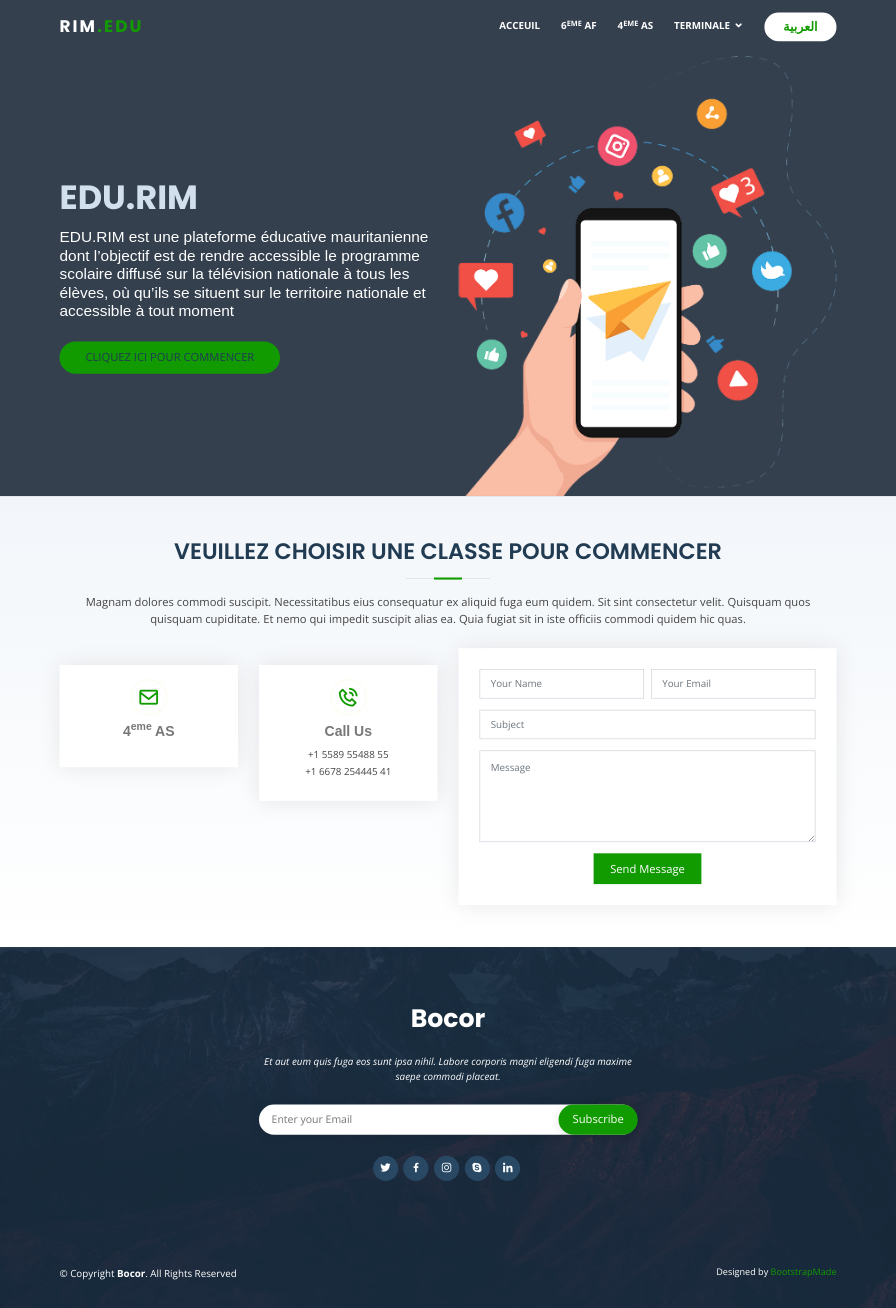
Repository: athiemohamed/courat
Page: http://localhost/
These files come from the project's save history. The page is drawn as it stood at one moment and after a run of saves; the edit follows.
The browser window is 1280 px wide. The pictures show the whole page, at 70% of full size.
Some web fonts or font styles are not loaded; a fallback is used. The page is run by PHP 8.4 with error messages shown; the project is at /var/www/html/. Other server files are loaded and not shown.

Above is the page before, as saved 2020-03-26 11:56:16.

### index.php
<!DOCTYPE html>
<html lang="en">

<head>
  <meta charset="utf-8">
  <meta content="width=device-width, initial-scale=1.0" name="viewport">

  <title>Cours - Rim Academy</title>
  <meta content="" name="descriptison">
  <meta content="" name="keywords">

  <!-- Favicons -->
  <link href="assets/img/favicon.png" rel="icon">
  <link href="assets/img/apple-touch-icon.png" rel="apple-touch-icon">

  <!-- Google Fonts -->
  <link href="https://fonts.googleapis.com/css?family=Open+Sans:300,300i,400,400i,600,600i,700,700i|Raleway:300,300i,400,400i,500,500i,600,600i,700,700i|Poppins:300,300i,400,400i,500,500i,600,600i,700,700i" rel="stylesheet">

  <!-- Vendor CSS Files -->
  <link href="assets/vendor/bootstrap/css/bootstrap.min.css" rel="stylesheet">
  <link href="assets/vendor/icofont/icofont.min.css" rel="stylesheet">
  <link href="assets/vendor/boxicons/css/boxicons.min.css" rel="stylesheet">
  <link href="assets/vendor/venobox/venobox.css" rel="stylesheet">
  <link href="assets/vendor/aos/aos.css" rel="stylesheet">

  <!-- Template Main CSS File -->
  <link href="assets/css/style.css" rel="stylesheet">

  <!-- =======================================================
  * Template Name: Bocor - v2.0.0
  * Template URL: https://bootstrapmade.com/bocor-bootstrap-template-nice-animation/
  * Author: BootstrapMade.com
  * License: https://bootstrapmade.com/license/
  ======================================================== -->
</head>

<body>

  <!-- ======= Header ======= -->
  <header id="header">
    <div class="container d-flex">
      <div class="logo mr-auto">
        <h1 class="text-light"><a href="index.html">RIM<span>.EDU</span></a></h1>
        <!-- Uncomment below if you prefer to use an image logo -->
        <!-- <a href="index.html"><img src="assets/img/logo.png" alt="" class="img-fluid"></a>-->
      </div>
      <nav class="nav-menu d-none d-lg-block">
        <ul>
          <li class="active"><a href="#header">ACCEUIL</a></li>
          <li><a href="#">6<sup>EME</sup> AF</a></li>
          <li><a href="#">4<sup>EME</sup> AS</a></li>
          <li class="drop-down"><a href="">TERMINALE</a>
            <ul>
              <li><a href="#">TERMINALE A</a></li>
              <li><a href="#">TERMINALE C</a></li>
              <li><a href="#">TERMINALE D</a></li>
              <li><a href="#">TERMINALE LM</a></li>
              <li><a href="#">TERMINALE LO</a></li>
            </ul>
          </li>
          <!-- Language Changer -->
          <li class="get-started"><a href="#about">العربية</a></li>
        </ul>
      </nav><!-- .nav-menu -->
    </div>
  </header><!-- End Header -->

  <!-- ======= Hero Section ======= -->
  <section id="hero">

    <div class="container">
      <div class="row d-flex align-items-center"">
      <div class=" col-lg-6 py-5 py-lg-0 order-2 order-lg-1" data-aos="fade-right">
        <h1>EDU.RIM</h1>
        <h2>EDU.RIM est une plateforme éducative mauritanienne dont l’objectif est de
          rendre accessible le programme scolaire diffusé sur la télévision nationale à tous les élèves,
          où qu’ils se situent sur le territoire nationale et accessible à tout moment</h2>
        <a href="#about" class="btn-get-started scrollto">CLIQUEZ ICI POUR COMMENCER</a>
      </div>
      <div class="col-lg-6 order-1 order-lg-2 hero-img" data-aos="fade-left">
        <img src="assets/img/hero-img.png" class="img-fluid" alt="">
      </div>
    </div>
    </div>

  </section><!-- End Hero -->

  <main id="main">

    <!-- ======= Partners Section ======= -->

    <!-- <section id="clients" class="clients section-bg">
      <div class="container">

        <div class="row no-gutters clients-wrap clearfix wow fadeInUp">

          <div class="col-lg-2 col-md-4 col-6">
            <div class="client-logo">
              <img src="assets/img/clients/client-1.png" class="img-fluid" alt="" data-aos="flip-right">
            </div>
          </div>

          <div class="col-lg-2 col-md-4 col-6">
            <div class="client-logo">
              <img src="assets/img/clients/client-2.png" class="img-fluid" alt="" data-aos="flip-right" data-aos-delay="100">
            </div>
          </div>

          <div class="col-lg-2 col-md-4 col-6">
            <div class="client-logo">
              <img src="assets/img/clients/client-3.png" class="img-fluid" alt="" data-aos="flip-right" data-aos-delay="200">
            </div>
          </div>

          <div class="col-lg-2 col-md-4 col-6">
            <div class="client-logo">
              <img src="assets/img/clients/client-4.png" class="img-fluid" alt="" data-aos="flip-right" data-aos-delay="300">
            </div>
          </div>

          <div class="col-lg-2 col-md-4 col-6">
            <div class="client-logo">
              <img src="assets/img/clients/client-5.png" class="img-fluid" alt="" data-aos="flip-right" data-aos-delay="400">
            </div>
          </div>

          <div class="col-lg-2 col-md-4 col-6">
            <div class="client-logo">
              <img src="assets/img/clients/client-6.png" class="img-fluid" alt="" data-aos="flip-right" data-aos-delay="500">
            </div>
          </div>

        </div>

      </div>
    </section> -->

    <!-- End Parteners Section -->

    <!-- ======= Contact Section ======= -->
    <section id="contact" class="contact section-bg">
      <div class="container">

        <div class="section-title">
          <h2 data-aos="fade-in">VEUILLEZ CHOISIR UNE CLASSE POUR COMMENCER</h2>
          <p data-aos="fade-in">Magnam dolores commodi suscipit. Necessitatibus eius consequatur ex aliquid fuga eum quidem. Sit sint consectetur velit. Quisquam quos quisquam cupiditate. Et nemo qui impedit suscipit alias ea. Quia fugiat sit in iste officiis commodi quidem hic quas.</p>
        </div>

        <div class="row">
          <div class="col-lg-6">
            <div class="row">
              <div class="col-md-6">
                <div class="info-box mt-4" data-aos="fade-up" data-aos-delay="100">
                  <i class="bx bx-envelope"></i>
                  <h3>4<sup>eme</sup> AS</h3>
                </div>
              </div>
              <div class="col-md-6">
                <div class="info-box mt-4" data-aos="fade-up" data-aos-delay="100">
                  <i class="bx bx-phone-call"></i>
                  <h3>Call Us</h3>
                  <p>+1 5589 55488 55<br>+1 6678 254445 41</p>
                </div>
              </div>
            </div>

          </div>

          <div class="col-lg-6">
            <form action="forms/contact.php" method="post" role="form" class="php-email-form" data-aos="fade-up">
              <div class="form-row">
                <div class="col-md-6 form-group">
                  <input type="text" name="name" class="form-control" id="name" placeholder="Your Name" data-rule="minlen:4" data-msg="Please enter at least 4 chars" />
                  <div class="validate"></div>
                </div>
                <div class="col-md-6 form-group">
                  <input type="email" class="form-control" name="email" id="email" placeholder="Your Email" data-rule="email" data-msg="Please enter a valid email" />
                  <div class="validate"></div>
                </div>
              </div>
              <div class="form-group">
                <input type="text" class="form-control" name="subject" id="subject" placeholder="Subject" data-rule="minlen:4" data-msg="Please enter at least 8 chars of subject" />
                <div class="validate"></div>
              </div>
              <div class="form-group">
                <textarea class="form-control" name="message" rows="5" data-rule="required" data-msg="Please write something for us" placeholder="Message"></textarea>
                <div class="validate"></div>
              </div>
              <div class="mb-3">
                <div class="loading">Loading</div>
                <div class="error-message"></div>
                <div class="sent-message">Your message has been sent. Thank you!</div>
              </div>
              <div class="text-center"><button type="submit">Send Message</button></div>
            </form>
          </div>

        </div>

      </div>
    </section><!-- End Contact Section -->

  </main><!-- End #main -->

  <!-- ======= Footer ======= -->
  <footer id="footer">

    <div class="footer-top">

      <div class="container" data-aos="fade-up">

        <div class="row  justify-content-center">
          <div class="col-lg-6">
            <h3>Bocor</h3>
            <p>Et aut eum quis fuga eos sunt ipsa nihil. Labore corporis magni eligendi fuga maxime saepe commodi placeat.</p>
          </div>
        </div>

        <div class="row footer-newsletter justify-content-center">
          <div class="col-lg-6">
            <form action="" method="post">
              <input type="email" name="email" placeholder="Enter your Email"><input type="submit" value="Subscribe">
            </form>
          </div>
        </div>

        <div class="social-links">
          <a href="#" class="twitter"><i class="bx bxl-twitter"></i></a>
          <a href="#" class="facebook"><i class="bx bxl-facebook"></i></a>
          <a href="#" class="instagram"><i class="bx bxl-instagram"></i></a>
          <a href="#" class="google-plus"><i class="bx bxl-skype"></i></a>
          <a href="#" class="linkedin"><i class="bx bxl-linkedin"></i></a>
        </div>

      </div>
    </div>

    <div class="container footer-bottom clearfix">
      <div class="copyright">
        &copy; Copyright <strong><span>Bocor</span></strong>. All Rights Reserved
      </div>
      <div class="credits">
        <!-- All the links in the footer should remain intact. -->
        <!-- You can delete the links only if you purchased the pro version. -->
        <!-- Licensing information: https://bootstrapmade.com/license/ -->
        <!-- Purchase the pro version with working PHP/AJAX contact form: https://bootstrapmade.com/bocor-bootstrap-template-nice-animation/ -->
        Designed by <a href="https://bootstrapmade.com/">BootstrapMade</a>
      </div>
    </div>
  </footer><!-- End Footer -->

  <a href="#" class="back-to-top"><i class="icofont-simple-up"></i></a>

  <!-- Vendor JS Files -->
  <script src="assets/vendor/jquery/jquery.min.js"></script>
  <script src="assets/vendor/bootstrap/js/bootstrap.bundle.min.js"></script>
  <script src="assets/vendor/jquery.easing/jquery.easing.min.js"></script>
  <script src="assets/vendor/php-email-form/validate.js"></script>
  <script src="assets/vendor/isotope-layout/isotope.pkgd.min.js"></script>
  <script src="assets/vendor/venobox/venobox.min.js"></script>
  <script src="assets/vendor/aos/aos.js"></script>

  <!-- Template Main JS File -->
  <script src="assets/js/main.js"></script>

</body>

</html>

Loaded but not shown: assets/js/main.js (117 lines, source omitted); assets/css/style.css (1291 lines, source omitted)

After the next 2 saves:
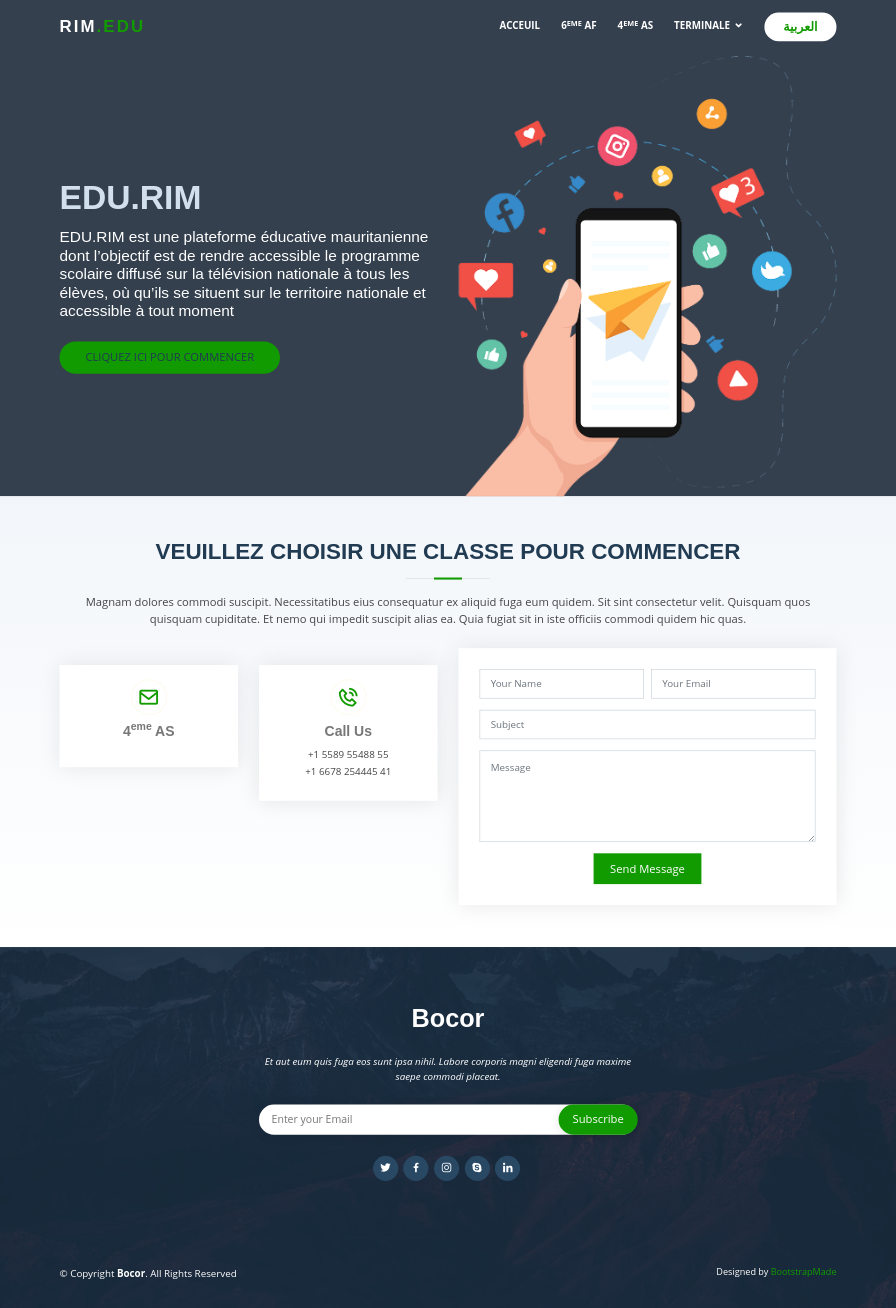
The 2 saves are shown as one change because they came seconds apart.
The last was saved 102 s later.
--- a/index.php
+++ b/index.php
@@ -14,7 +14,7 @@
   <link href="assets/img/apple-touch-icon.png" rel="apple-touch-icon">
 
   <!-- Google Fonts -->
-  <link href="https://fonts.googleapis.com/css?family=Open+Sans:300,300i,400,400i,600,600i,700,700i|Raleway:300,300i,400,400i,500,500i,600,600i,700,700i|Poppins:300,300i,400,400i,500,500i,600,600i,700,700i" rel="stylesheet">
+  <link href="https://fonts.googleapis.com/css?family=Cairo&display=swap" rel="stylesheet">
 
   <!-- Vendor CSS Files -->
   <link href="assets/vendor/bootstrap/css/bootstrap.min.css" rel="stylesheet">
